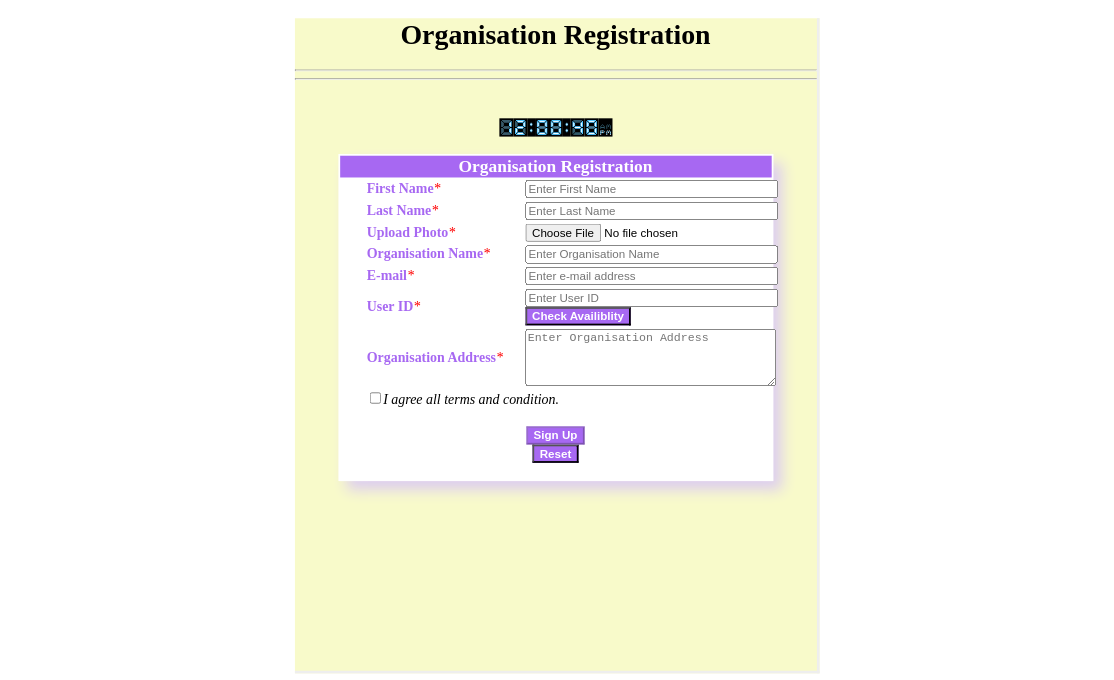
Repository: nsbgit/JavaTutorial
Page: http://localhost/TheVotingSystem/mainToAdminSection/adminSignUp.jsp
The author's editor kept a copy of each file at every save. The page is drawn from the files as they stood at one save, then again after the next save.
The browser window is 1280 px wide. The pictures show the whole page, at 87% of full size.
The page is served by Tomcat 9.

Above is the page before, as saved 2014-01-19 07:08:45.

After the next save:
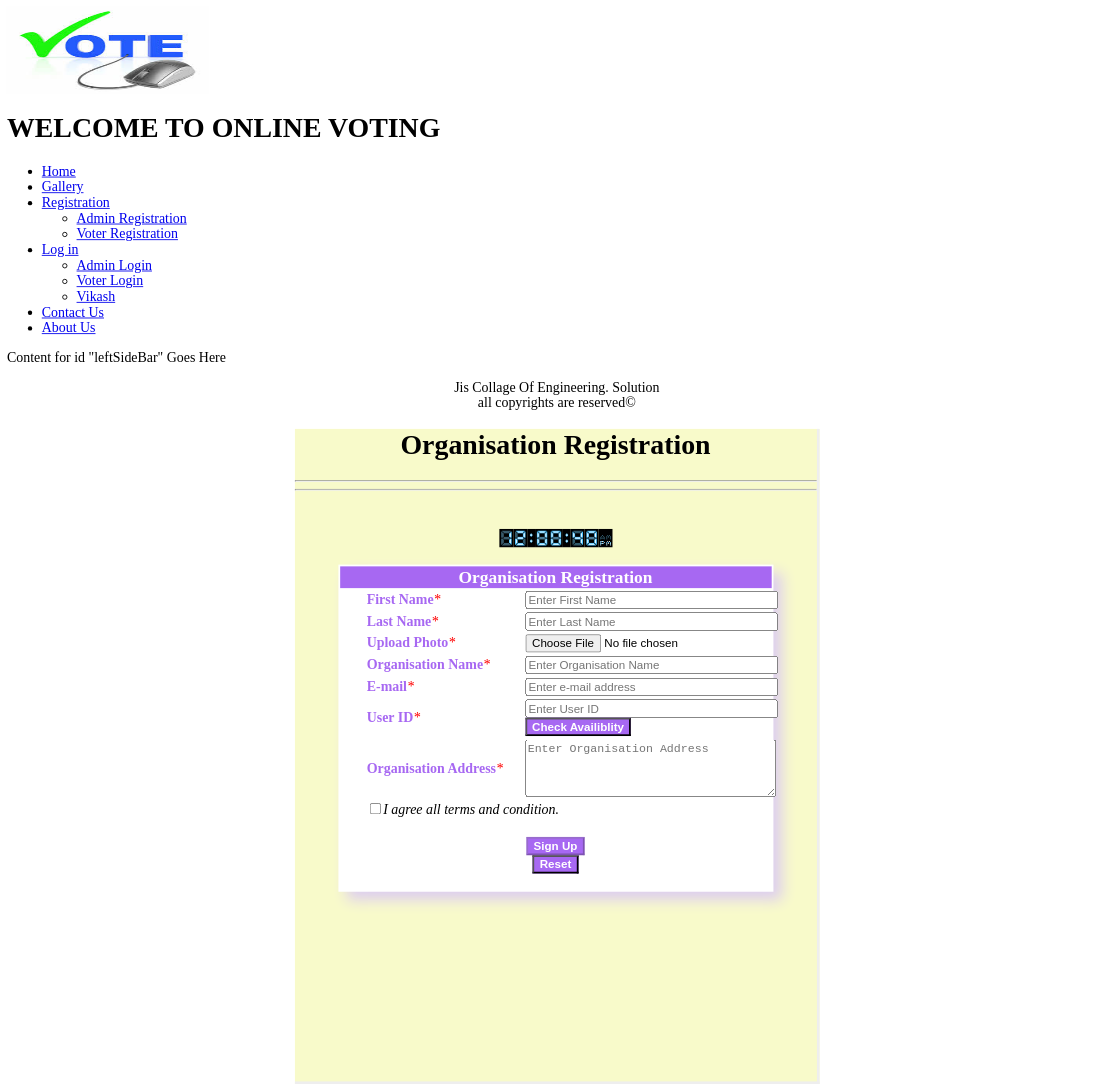
Saved 4 min 50 s later.
--- a/J2EE Webel Project/The Voting SystemByVikash/TheVotingSystem/WebContent/mainToAdminSection/adminSignUp.jsp
+++ b/J2EE Webel Project/The Voting SystemByVikash/TheVotingSystem/WebContent/mainToAdminSection/adminSignUp.jsp
@@ -68,6 +68,73 @@
 --%>
 </head>
 <body>
+
+<div id="container">
+				<header id="page_header">
+				<img src="../logo/download.jpg" alt="logo" width='232' height='100' class="logo" />
+					<h1 class="head_text">WELCOME TO ONLINE VOTING</h1>
+				</header>
+				</div>
+
+<div id="container">
+  		<div id="header">
+
+  		</div>
+  			<div id="menuBar"><div id='cssmenu'>
+				<ul>
+   					<li class='active'><a href='#'><span>Home</span></a></li>
+   					<li><a href='#'><span>Gallery</span></a></li>
+   					<li class='has-sub'><a href='#'><span>Registration</span></a>
+     			<ul>
+         			<li><a href='ship_reg.jsp'><span>Admin Registration</span></a></li>
+         			<li class='last'><a href='sukanta_reg.jsp'><span>Voter Registration</span></a></li>
+      			</ul>
+   			</li>
+   				<li class='has-sub'><a href='#'><span>Log in</span></a>
+      		<ul>
+         		<li><a href='admin_log.jsp'><span>Admin Login</span></a></li>
+         		<li><a href='voter_log.jsp'><span>Voter Login</span></a></li>
+         		<li class='last'><a href='sup_log.jsp'><span>Vikash</span></a></li>
+      		</ul>
+   		</li>
+   				<li><a href='Contact.jsp"'><span>Contact Us</span></a></li>
+   				<li class='last'><a href='about.jsp'><span>About Us</span></a></li>
+		</ul>
+	</div></div>
+  		<div id="leftSideBar">Content for  id "leftSideBar" Goes Here</div>
+  		<div id="content">
+		<%-- Paste div clas body here --%>
+
+
+
+
+
+
+		</div>
+
+
+
+  		</div>
+  		<div id="footer"><p align="center">Jis Collage Of Engineering. Solution<br />
+  		all copyrights are reserved&copy;
+  		</p></div>
+
+</div>
+
+
+
+
+
+
+
+
+
+
+
+
+
+
+
 	<div class="body">
 		<h1 align="center">Organisation Registration</h1>
 		<hr>
